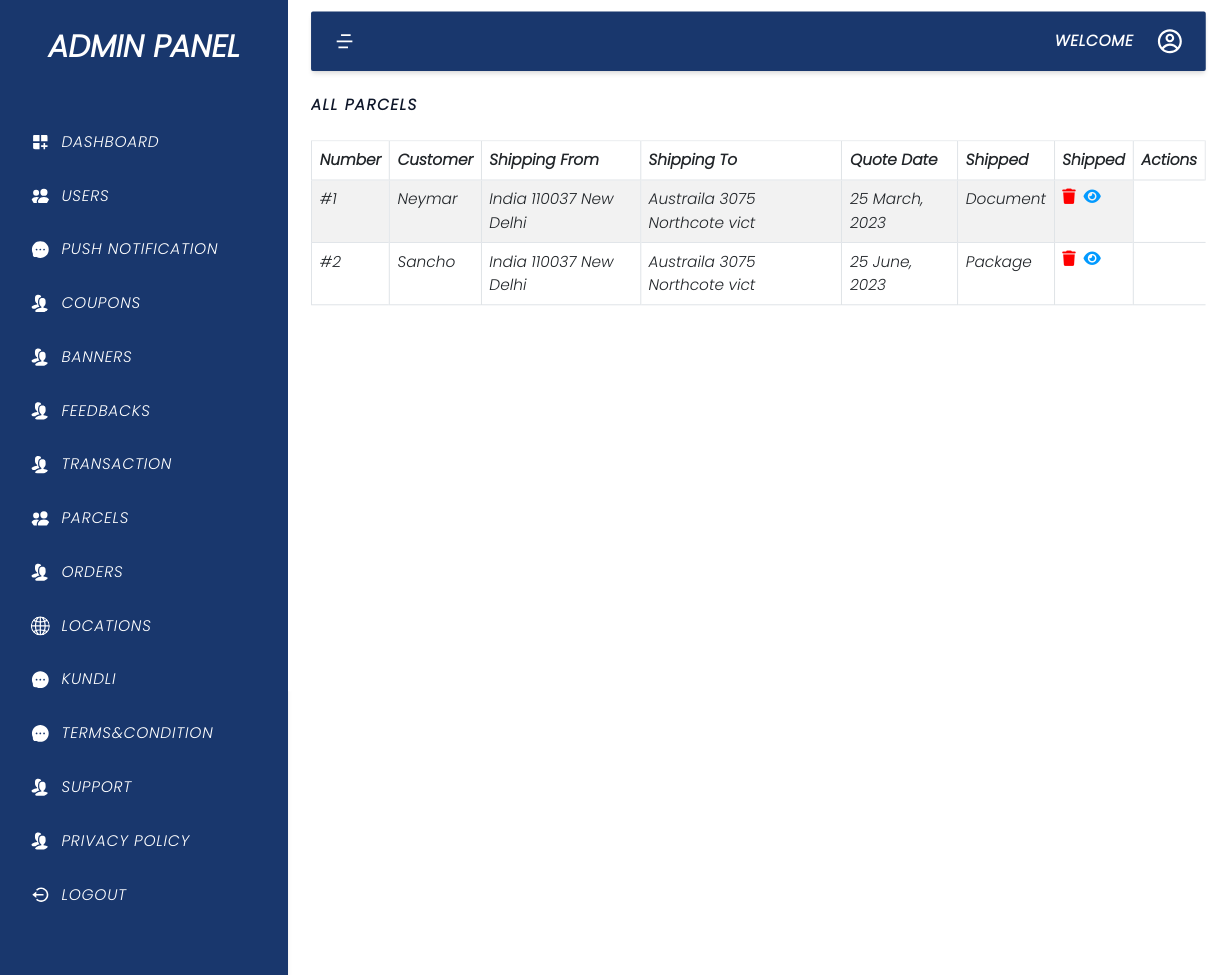
Repository: FlyweisReact/sarita
Page: /astro
The author's editor kept a copy of each file at every save. The page is drawn from the files as they stood at one save, then again after the next save.
The browser window is 1280 px wide. The pictures show the whole page, at 96% of full size.
Some web libraries are served in a nearby version. The project was rebuilt for these pictures with package versions that can differ from the ones it lists, and the page was loaded fresh each time. Also part of the build but not shown: src/vendorPanel/forms/VendorLogin.jsx, src/vendorPanel/pages/AdminDiscount.js, src/vendorPanel/pages/AdminReview.js, src/vendorPanel/pages/Banners.js, src/vendorPanel/pages/Booking.js, src/vendorPanel/pages/Horoscope.js, src/vendorPanel/pages/Kundli.js, src/vendorPanel/pages/Message.js and 8 more.

Above is the page before, as saved 2023-04-19 13:03:07.

### public/index.html
<!-- @format -->

<!DOCTYPE html>
<html lang="en">
  <head>
    <meta charset="utf-8" />
    <meta name="viewport" content="width=device-width, initial-scale=1" />
    <meta name="theme-color" content="#000000" />
    <meta
      name="description"
      content="Web site created using create-react-app"
    />
    <link rel="apple-touch-icon" href="%PUBLIC_URL%/favicon.ico?v=2" />
    <link rel="manifest" href="%PUBLIC_URL%/manifest.json" />
    <link rel="preconnect" href="https://fonts.googleapis.com">
<link rel="preconnect" href="https://fonts.gstatic.com" crossorigin>
<link href="https://fonts.googleapis.com/css2?family=Roboto+Mono:ital,wght@1,300&display=swap" rel="stylesheet">
    <title>Ship24*7</title>
  </head>
  <body>
    <noscript>You need to enable JavaScript to run this app.</noscript>
    <div id="root"></div>
    <script src="https://code.jquery.com/jquery-3.6.0.min.js"></script>
    <script src="https://kit.fontawesome.com/b533b351e4.js" crossorigin="anonymous"></script>
  </body>
</html>

### src/index.js
import React from "react";
import ReactDOM from "react-dom/client";
import "./index.css";
import App from "./App";
import { BrowserRouter } from "react-router-dom";
import 'bootstrap/dist/css/bootstrap.min.css'

const root = ReactDOM.createRoot(document.getElementById("root"));
root.render(
  <React.StrictMode>
    <BrowserRouter>
      <App />
    </BrowserRouter>
  </React.StrictMode>
);

### src/index.css
/** @format */

@tailwind base;
@tailwind components;
@tailwind utilities;
@import url("https://fonts.googleapis.com/css2?family=Roboto+Mono:ital,wght@1,300&display=swap");
@font-face {
  font-family: Roboto;
  src: url("./Fonts/Poppins-LightItalic.ttf");
}
body {
  margin: 0;
  font-family: Roboto !important;
  -webkit-font-smoothing: antialiased;
  -moz-osx-font-smoothing: grayscale;
}

code {
  font-family: Roboto !important;
}

html {
  font-family: Roboto !important;
}

::-webkit-scrollbar {
  width: 10px;
}
.fa-trash {
  color: red;
  cursor: pointer;
}

.iCOn {

  transition: 0.5s;
  box-shadow: none;
  transform: scale(1);
}
.cardDiv{
  cursor: pointer;
}

.cardDiv:hover .iCOn{
  box-shadow: rgba(0, 0, 0, 0.35) 0px 5px 15px;
  transform: scale(1.3);
}

/* Track */
::-webkit-scrollbar-track {
  background: #f1f1f1;
}

/* Handle */
::-webkit-scrollbar-thumb {
  background: #888;
}

/* Handle on hover */
::-webkit-scrollbar-thumb:hover {
  background: #555;
}
.profileImage {
  width: 100px;
}
.fa-eye {
  color: #029aff;
  cursor: pointer;
}
.fa-edit {
  cursor: pointer;
  color: blue;
}

.View {
  border: 1px solid black;
  width: 100%;
  padding: 10px;
}

.main-card--container {
  display: grid;
  grid-template-columns: repeat(3, minmax(300px, 500px));
  grid-gap: 50px;
  justify-content: space-around;
}
.card-container {
  margin: 25px 0 auto;
  box-shadow: rgba(0, 0, 0, 0.35) 0px 5px 15px;
  position: relative;
  display: grid;
  grid-template-columns: 1fr;
  justify-content: space-around;
  align-items: flex-start;
}

.myEdit:focus {
  box-shadow: rgba(0, 0, 0, 0.35) 0px 5px 15px;
}



.AstroLogin{
  color: #fff;
  background-color: #2b7a8e;
  padding: 10px;
  width: 380px;
  text-align: center;
  font-size: 20px;
  background: linear-gradient(to left, #2b7a8e 50%, #fff 50%) right;
  background-size: 200%;
  transition: 0.5s ease-out;
  border: 1px solid #2b7a8e;
  margin-top: 10px;
  text-transform: uppercase;
}
.AstroLogin:hover {
  background-position: left;
  color: #2b7a8e;
}

.EcommerceAdminLogin{
  color: #fff;
  background-color: #19376d ;
  padding: 10px;
  width: 380px;
  text-align: center;
  font-size: 20px;
  background: linear-gradient(to left, #19376d 50%, #fff 50%) right;
  background-size: 200%;
  transition: 0.5s ease-out;
  border: 1px solid #19376d;
  margin-top: 10px;
  text-transform: uppercase;
}

.EcommerceAdminLogin:hover{
  background-position: left;
  color: #19376d;
}
.EcommerceVendorLogin{
  color: #fff;
  background-color: #576cbc;
  padding: 10px;
  width: 380px;
  text-align: center;
  font-size: 20px;
  background: linear-gradient(to left, #576cbc 50%, #fff 50%) right;
  background-size: 200%;
  transition: 0.5s ease-out;
  border: 1px solid #576cbc;
  margin-top: 10px;
  text-transform: uppercase;
}

.EcommerceVendorLogin:hover{
  background-position: left;
  color: #576cbc;
}

.view{
  background-color: #2196f3;
  color: #fff;
  width: 50%;
  padding: 5px;
}


.two-sec{
display:flex;
justify-content: space-evenly;
  justify-content: space-evenly;
}
.two-sec .left{
  width: 60%;
  background-color: #f6f1ef;
  padding: 20px;
 }
 .two-sec .left .head{
  font-size: 25px;
  font-weight: bold;
 }



.two-sec .right{
  width: 30%;
  background-color: #f6f1ef;
 }

 .searchDiv{
  width: 100%;
  display: flex;
  gap: 10px;
  border: 1px solid rgb(179, 179, 179);
  padding: 10px;
  margin-bottom: 20px;
  align-items: center;
 }
 .searchDiv input {
  width: 94%;
  outline: none;
  border: none;
 }

### src/vendorPanel/pages/Astrologers.js
/** @format */

import React, { useState } from "react";
import HOC from "../layout/HOC";
import { Table, Modal, Form, Button, Container } from "react-bootstrap";

const Astrologers = () => {
  const [modalShow, setModalShow] = React.useState(false);
  const [viewModal, setViewModal] = useState(false);

  // Add Astrologer
  function MyVerticallyCenteredModal(props) {
    return (
      <Modal
        {...props}
        size="lg"
        aria-labelledby="contained-modal-title-vcenter"
        centered
      >
        <Modal.Header closeButton>
          <Modal.Title id="contained-modal-title-vcenter" style={{textTransform : 'uppercase'}}>
            Add Astrologer
          </Modal.Title>
        </Modal.Header>
        <Modal.Body>
          <Form>
            <Form.Group className="mb-3">
              <Form.Label>Image</Form.Label>
              <Form.Control type="text" required />
            </Form.Group>
            <Form.Group className="mb-3">
              <Form.Label>Expert Tag</Form.Label>
              <Form.Control type="text" required />
            </Form.Group>
            <Form.Group className="mb-3">
              <Form.Label>Name</Form.Label>
              <Form.Control type="text" required />
            </Form.Group>
            <Form.Group className="mb-3">
              <Form.Label>Description</Form.Label>
              <Form.Control type="text" required />
            </Form.Group>
            <Form.Group className="mb-3">
              <Form.Label>Language</Form.Label>
              <Form.Control type="text" required />
            </Form.Group>
            <Form.Group className="mb-3">
              <Form.Label>Experience</Form.Label>
              <Form.Control type="text" required />
            </Form.Group>
            <Form.Group className="mb-3">
              <Form.Label>Rating</Form.Label>
              <Form.Control type="text" required />
            </Form.Group>
            <Form.Group className="mb-3">
              <Form.Label>Price per min</Form.Label>
              <Form.Control type="text" required />
            </Form.Group>
            <Form.Group className="mb-3">
              <Form.Label>Discounted Price per min</Form.Label>
              <Form.Control type="text" required />
            </Form.Group>
            <Form.Group className="mb-3">
              <Form.Label>Expertise</Form.Label>
              <Form.Control type="text" required />
            </Form.Group>
            <Form.Group className="mb-3">
              <Form.Label>Skills</Form.Label>
              <Form.Control type="text" required />
            </Form.Group>
            <Form.Group className="mb-3">
              <Form.Label>Min. of consultation</Form.Label>
              <Form.Control type="text" required />
            </Form.Group>
            <Form.Group className="mb-3">
              <Form.Label>Commission</Form.Label>
              <Form.Control type="number" min={0} required />
            </Form.Group>
            <Form.Group className="mb-3">
              <Form.Label>About</Form.Label>
              <Form.Control type="text" required />
            </Form.Group>
            <Button variant="outline-success" type="submit">
              Submit
            </Button>
          </Form>
        </Modal.Body>
      </Modal>
    );
  }

  // View Astrolger
  function ViewModal(props) {
    return (
      <Modal
        {...props}
        size="lg"
        aria-labelledby="contained-modal-title-vcenter"
        centered
      >
        <Modal.Header closeButton>
          <Modal.Title id="contained-modal-title-vcenter" style={{textTransform : 'uppercase'}}>
            View Quote
          </Modal.Title>
        </Modal.Header>
        <Modal.Body>
          <Container>
            <p className="View">
              {" "}
              <strong>Customer :  </strong> Sancho{" "}
            </p>
            <p className="View">
              {" "}
              <strong> Shipping From :  </strong> India 110037 New Delhi{" "}
            </p>
            <p className="View">
              {" "}
              <strong> Shipping To :  </strong> Australia  3075 Northcote
            </p>
            <p className="View">
              {" "}
              <strong> What is getting Shipped :  </strong> Document {" "}
            </p>
            <p className="View">
              {" "}
              <strong>  Weight : </strong> 60 Grams{" "}
            </p>
            <p className="View">
              {" "}
              <strong> Length (cm) : </strong> 60{" "}
            </p>
            <p className="View">
              {" "}
              <strong> Width :  </strong> 40 {" "}
            </p>
            <p className="View">
              {" "}
              <strong>Height (cm) : </strong> 30.0{" "}
            </p>
            <p className="View">
              {" "}
              <strong> Quantity :  </strong> 2{" "}
            </p>
            <p className="View">
              {" "}
              <strong> Shipment Value :  </strong>  $50{" "}
            </p>

          </Container>
        </Modal.Body>
      </Modal>
    );
  }



  return (
    <>
      <MyVerticallyCenteredModal
        show={modalShow}
        onHide={() => setModalShow(false)}
      />
      <ViewModal show={viewModal} onHide={() => setViewModal(false)} />

      <section>
        <div className="pb-4 sticky top-0  w-full flex justify-between items-center bg-white">
          <span className="tracking-widest text-slate-900 font-semibold uppercase ">
            All Parcels
          </span>
        </div>

        <div className="wcomp overflow-x-auto">
          <Table striped bordered hover>
            <thead>
              <tr>
                <th>Number</th>
                <th>Customer</th>
                <th>Shipping From </th>
                <th>Shipping To</th>
                <th>Quote Date</th>
                <th>Shipped</th>
                <th>Shipped</th>
                <th>Actions</th>
              </tr>
            </thead>
            <tbody>
              <tr>
              <td>#1</td>
              <td>Neymar</td>
              <td>India 110037 New Delhi</td>
              <td>Austraila 3075 Northcote vict</td>
              <td>25 March, 2023</td>
              <td>Document</td>
                <td>
                  <span className="d-flex gap-2">
                    <i className="fa-solid fa-trash" />
                    <i
                      className="fa-sharp fa-solid fa-eye"
                      onClick={() => setViewModal(true)}
                    ></i>
                  </span>
                </td>
              </tr>
              <tr>
              <td>#2</td>
              <td>Sancho</td>
              <td>India 110037 New Delhi</td>
              <td>Austraila 3075 Northcote vict</td>
              <td>25 June, 2023</td>
              <td>Package</td>
                <td>
                  <span className="d-flex gap-2">
                    <i className="fa-solid fa-trash" />
                    <i
                      className="fa-sharp fa-solid fa-eye"
                      onClick={() => setViewModal(true)}
                    ></i>
                  </span>
                </td>
              </tr>
            </tbody>
          </Table>
        </div>
      </section>
    </>
  );
};

export default HOC(Astrologers);

### src/vendorPanel/layout/HOC.jsx
import React, { useState } from "react";
import Navbar from "./Navbar";
import Sidebar from "./Sidebar";

const HOC = (Wcomponenet) => {
  return function Component() {
    const [hamb, setHamb] = useState(false);
    return (
      <>
        <section className="flex overflow-x-hidden relative">
          {/* Sidebar */}
          <div
            className={
              hamb
                ? " absolute top-0 z-30 md:w-auto shadow-md bg-slate-200  w-60 transition-all md:-left-full left duration-150  h-auto overflow-y-auto  left-0 "
                : " md:w-72 z-30 bg-slate-200  shadow-md  md:static absolute top-0 -left-full   transition-all duration-150  overflow-y-auto h-auto"
            }
            style={{minWidth : '300px'}}
          >
            <Sidebar hamb={hamb} setHamb={setHamb} />
          </div>
          {/* Components & Navbar */}
          <div
            className={
              hamb
                ? " transition-all px-4 py-2  bg-white duration-150 w-full h-screen"
                : " w-full h-screen  px-4 py-2  bg-white z-50 transition-all duration-150 "
            }
          >
            <Navbar hamb={hamb} setHamb={setHamb} />
            <div className="my-6 text-#000 h-[87%] wcomp overflow-y-auto">
              <Wcomponenet />
            </div>
          </div>
        </section>
      </>
    );
  };
};

export default HOC;

### src/vendorPanel/layout/Navbar.jsx
/** @format */

import { RiMenu4Line } from "react-icons/ri";
import { CgProfile } from "react-icons/cg";
import Form from "react-bootstrap/Form";
import { useState } from "react";
import Button from "react-bootstrap/Button";
import Modal from "react-bootstrap/Modal";
import Container from "react-bootstrap/Container";

function MyVerticallyCenteredModal(props) {
  return (
    <Modal
      {...props}
      size="lg"
      aria-labelledby="contained-modal-title-vcenter"
      centered
    >
      <Modal.Header closeButton>
        <Modal.Title id="contained-modal-title-vcenter">
          Edit Profile
        </Modal.Title>
      </Modal.Header>
      <Modal.Body>
        <Container style={{ width: "600px" }}>
          <Form>
            <Form.Group className="mb-3" controlId="formBasicEmail">
              <Form.Label>Name</Form.Label>
              <Form.Control type="text" placeholder="Admin" />
            </Form.Group>
            <Form.Group className="mb-3" controlId="formBasicPassword">
              <Form.Label>Email Address</Form.Label>
              <Form.Control type="email" placeholder="admin@gmail.com" />
            </Form.Group>
            <Form.Group className="mb-3" controlId="formBasicPassword">
              <Form.Label>Password</Form.Label>
              <Form.Control type="password" placeholder="Password" />
            </Form.Group>
            <Button
              style={{ backgroundColor: "#19376d", borderRadius: "0" }}
              type="submit"
            >
              Edit
            </Button>
          </Form>
        </Container>
      </Modal.Body>
    </Modal>
  );
}

const Navbar = ({ hamb, setHamb }) => {
  const [modalShow, setModalShow] = useState(false);

  return (
    <>
      <MyVerticallyCenteredModal
        show={modalShow}
        onHide={() => setModalShow(false)}
      />

      <div
        className={
          hamb
            ? "flex  w-full justify-between  my-1 rounded-sm  p-4 py-3 shadow-md items-center  bg-slate-200 space-x-4"
            : "flex  w-full justify-between my-1 rounded-sm  p-4 py-3 shadow-md items-center  bg-slate-200 space-x-4"
        }
        style={{ backgroundColor: "#19376d" }}
      >
        <RiMenu4Line
          onClick={() => setHamb(!hamb)}
          className="text-2xl font-bold text-gray-900 hover:scale-90 cursor-pointer"
          style={{ color: "#fff" }}
        />

        <section className="flex sm:ml-auto justify-end sm:w-full items-center space-x-2  pr-2">
          <figcaption className="tracking-wider pl-1 font-semibold">
            <div
              className="lg:text-base text-sm text-gray-900  uppercase"
              style={{ color: "#fff" }}
            >
              Welcome
            </div>
          </figcaption>
        </section>

        <CgProfile
          onClick={() => setModalShow(true)}
          className="text-2xl sm:text-3xl font-bold text-[rgb(241,146,46)] cursor-pointer"
          style={{ color: "#fff" }}
        />
      </div>
    </>
  );
};

export default Navbar;

### src/vendorPanel/layout/Sidebar.jsx
/** @format */

import React from "react";
import { RiCloseLine } from "react-icons/ri";
import { Link, useNavigate } from "react-router-dom";
import { BsFillPeopleFill } from "react-icons/bs";
import { ImUsers } from "react-icons/im";
import { BiLogOutCircle } from "react-icons/bi";
import { MdDashboardCustomize } from "react-icons/md";
import { BsGlobe2 } from "react-icons/bs";
import { AiFillMessage } from "react-icons/ai";

const Sidebar = ({ hamb, setHamb }) => {
  const navigate = useNavigate();

  const nav = [
    {
      icon: <MdDashboardCustomize className="text-xl mr-3 rounded-full " />,
      link: "/vendorDashboard",
      name: "DASHBOARD",
    },
    {
      icon: <BsFillPeopleFill className="text-xl mr-3 rounded-full " />,
      link: "/admin/users",
      name: "USERS",
    },
    {
      icon: <AiFillMessage className="text-xl mr-3 rounded-full " />,
      link: "/msg",
      name: "Push NOTIFICATION",
    },
    {
      icon: <ImUsers className="text-xl mr-3 rounded-full " />,
      link: "/AdminDiscount",
      name: "COUPONS",
    },
    {
      icon: <ImUsers className="text-xl mr-3 rounded-full " />,
      link: "/Banners",
      name: "BANNERS",
    },
    {
      icon: <ImUsers className="text-xl mr-3 rounded-full " />,
      link: "/adminReviews",
      name: "FEEDBACKS",
    },
    {
      icon: <ImUsers className="text-xl mr-3 rounded-full " />,
      link: "/admin/blogs",
      name: "Transaction",
    },
    {
      icon: <BsFillPeopleFill className="text-xl mr-3 rounded-full " />,
      link: "/astro",
      name: "Parcels",
    },

    {
      icon: <ImUsers className="text-xl mr-3 rounded-full " />,
      link: "/book",
      name: "Orders",
    },



    {
      icon: <BsGlobe2 className="text-xl mr-3 rounded-full " />,
      link: "/horo",
      name: "Locations",
    },
    {
      icon: <AiFillMessage className="text-xl mr-3 rounded-full " />,
      link: "/kundli",
      name: "KUNDLI",
    },









    {
      icon: <AiFillMessage className="text-xl mr-3 rounded-full " />,
      link: "/admin/terms",
      name: "TERMS&CONDITION",
    },
    {
      icon: <ImUsers className="text-xl mr-3 rounded-full " />,
      link: "/admin/support",
      name: "SUPPORT",
    },
    {
      icon: <ImUsers className="text-xl mr-3 rounded-full " />,
      link: "/privacy-policy",
      name: "PRIVACY POLICY",
    },

  ];

  const logOut = () => {
    navigate("/");
  };

  return (
    <>
      <aside
        className="p-4 h-auto"
        style={{ backgroundColor: "#19376d", minHeight: "100vh" }}
      >
        {/* Top */}
        <div className="w-full md:hidden relative  p-2 mb-4">
          <RiCloseLine
            onClick={() => setHamb(!hamb)}
            className="text-3xl  absolute top-2 sm:hover:rotate-[228deg] transition-transform font-bold right-2 sm:hover:text-[22px] text-[rgb(241,146,46)] cursor-pointer"
          />
        </div>{" "}
        <figure className="flex  flex-col items-center">
          <span className="font-bold text-[#fff]" style={{ fontSize: "2rem"  , textAlign : 'center'}}>
            ADMIN PANEL
          </span>
        </figure>
        <nav className="py-6">
          {nav.map((nav) => {
            return (
              <Link
                to={nav.link}
                key={nav.name}
                className=""
                style={{ textDecoration: "none"  , textTransform : 'uppercase'}}
              >
                <span
                  className="flex my-3 items-center cursor-pointer text-gray-900    tracking-wider p-2 rounded-sm"
                  style={{ color: "#fff" }}
                >
                  {nav.icon} {nav.name}
                </span>
              </Link>
            );
          })}
          <span
            className="flex my-3 items-center cursor-pointer text-gray-900    tracking-wider p-2 rounded-sm"
            onClick={() => logOut()}
            style={{ color: "#fff", textTransform : 'uppercase' }}
          >
            <BiLogOutCircle className="text-xl mr-3 rounded-full " /> LogOut
          </span>
        </nav>
      </aside>
    </>
  );
};

export default Sidebar;

Loaded but not shown: tailwind.config.js (common file); src/App.js (58 lines, source omitted)

After the next save:
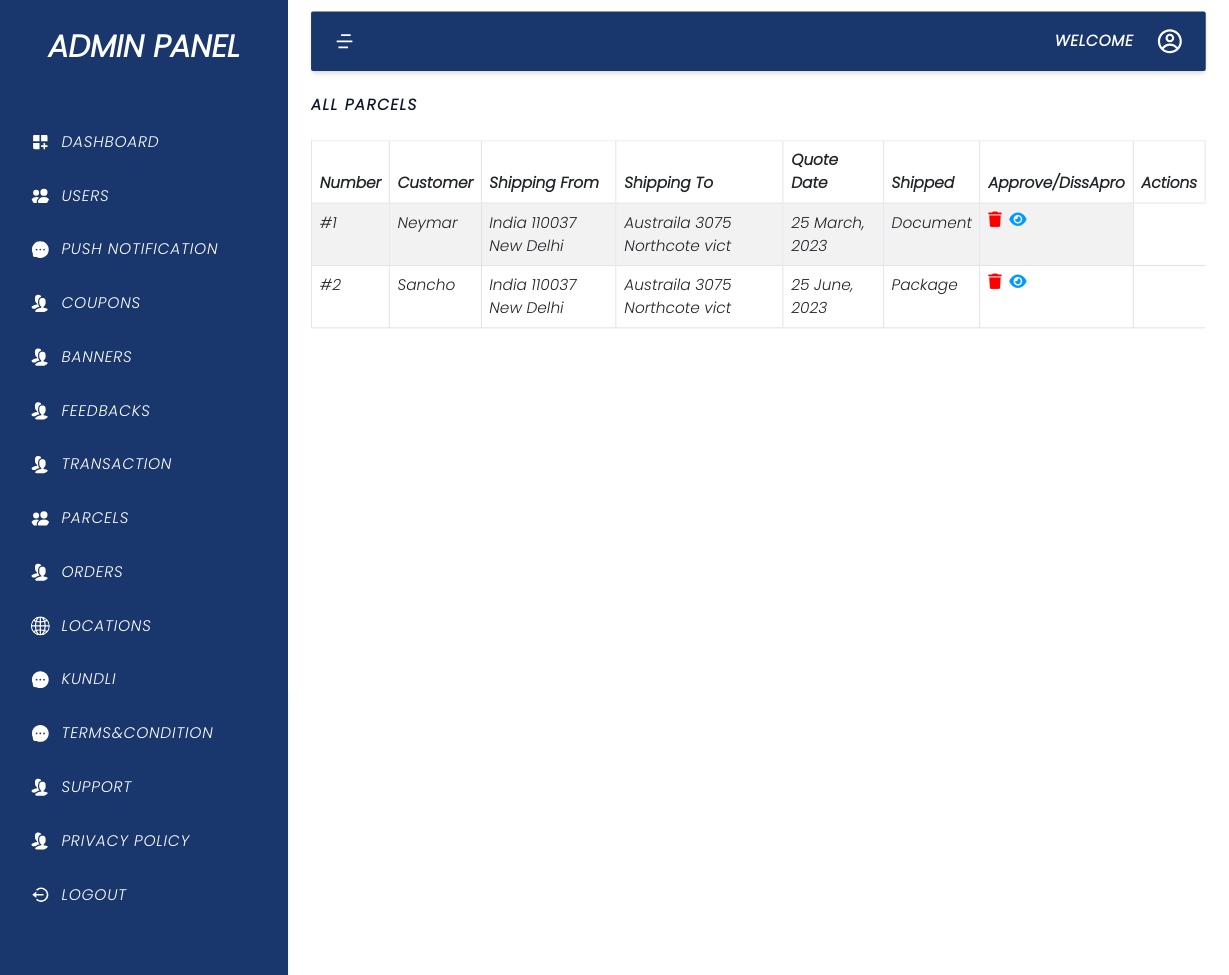
Saved 7 s later.
--- a/src/vendorPanel/pages/Astrologers.js
+++ b/src/vendorPanel/pages/Astrologers.js
@@ -179,7 +179,7 @@ const Astrologers = () => {
                 <th>Shipping To</th>
                 <th>Quote Date</th>
                 <th>Shipped</th>
-                <th>Shipped</th>
+                <th>Approve/DissApro</th>
                 <th>Actions</th>
               </tr>
             </thead>
